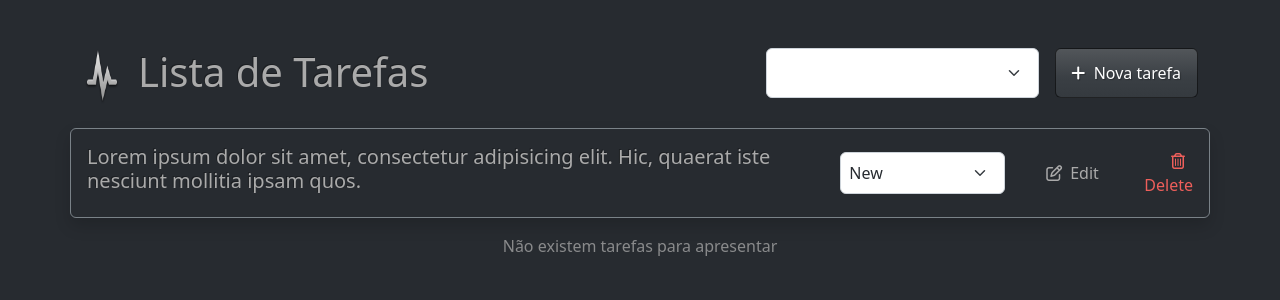
Repository: cargugati/lista_tarefas
Page: frontEnd/index.html
The author's editor kept a copy of each file at every save. The page is drawn from the files as they stood at one save, then again after the next save.
The browser window is 1280 px wide. The pictures show the whole page.

Above is the page before, as saved 2023-03-18 22:57:18.

After the next save:
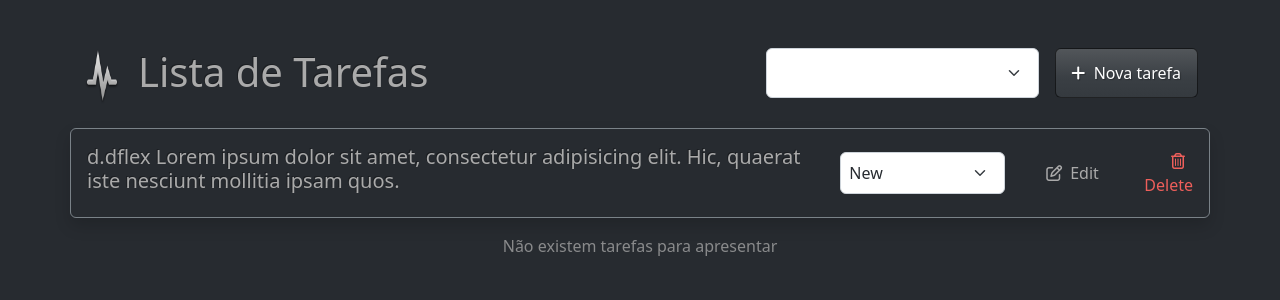
Saved 7 s later.
--- a/frontEnd/index.html
+++ b/frontEnd/index.html
@@ -40,7 +40,7 @@
         <div class="row align-items-center">
           <div class="col-8">
             <h5>
-              <d class="dflex"></d>
+              d.dflex
             Lorem ipsum dolor sit amet, consectetur adipisicing elit. Hic, quaerat iste nesciunt mollitia ipsam
               quos.
             </h5>
